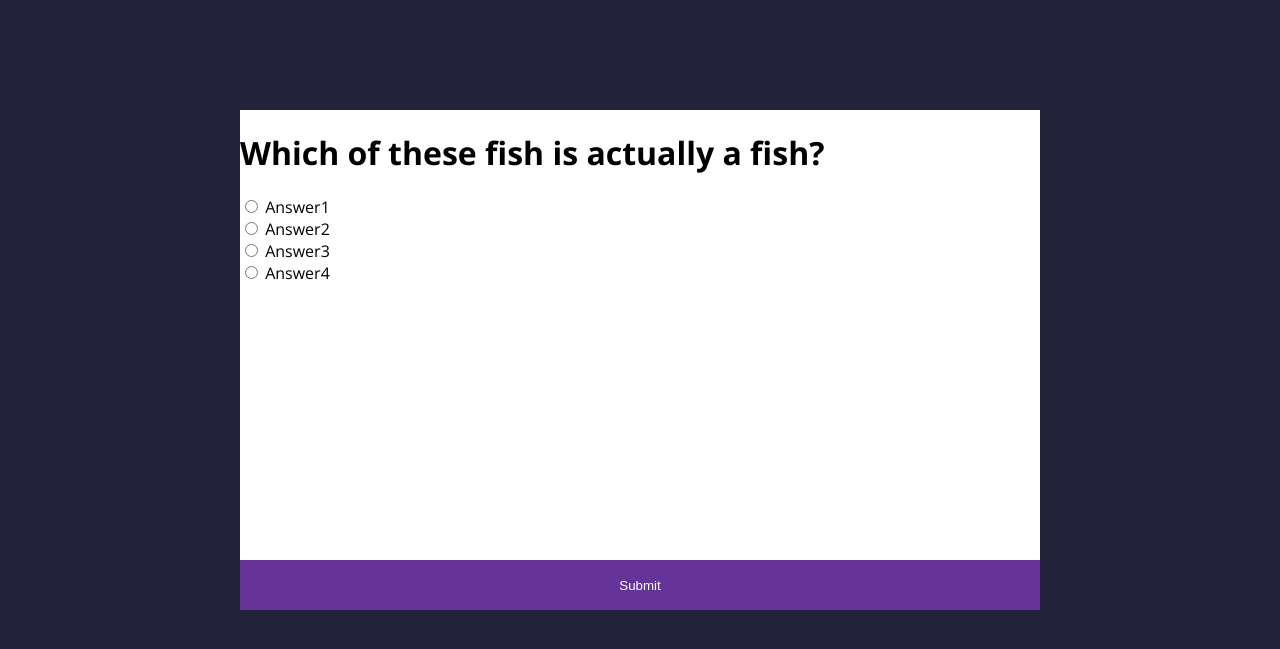
Repository: Wanglongzhi2001/Learn-javascript
Page: quiz/quiz.html
An editor plug-in stored every save of this project. The page is shown before and after the next save, followed by the edit.
The browser window is 1280 px wide. The pictures show the whole page.

Above is the page before, as saved 2023-02-02 19:35:56.

### quiz/quiz.html
<html lang="en">
<head>
    <meta charset="UTF-8">
    <meta http-equiv="X-UA-Compatible" content="IE=edge">
    <meta name="viewport" content="width=device-width, initial-scale=1.0">
    <!-- 使用谷歌字体 -->
    <link
      href="https://fonts.googleapis.com/css2?family=Open+Sans:wght@300;400;500;600;700;800&display=swap"
      rel="stylesheet"
    />
    <link rel="stylesheet" href="./quiz.css">
    <title>quiz project</title>
</head>
<body>
    <div class="container">
        <div class="game">
            <div class="content">
                <h1 class="question">Which of these fish is actually a fish?</h1>
                <div class="answers">
                    <div class="answer">
                        <input type="radio" id="answer1" value="false">
                        <label for="answer1">Answer1</label>
                    </div>
                </div>
                <div class="answers">
                    <div class="answer">
                        <input type="radio" id="answer2" value="false">
                        <label for="answer2">Answer2</label>
                    </div>
                </div>
                <div class="answers">
                    <div class="answer">
                        <input type="radio" id="answer3" value="false">
                        <label for="answer3">Answer3</label>
                    </div>
                </div>
                <div class="answers">
                    <div class="answer">
                        <input type="radio" id="answer4" value="false">
                        <label for="answer4">Answer4</label>
                    </div>
                </div>
            </div>
            <button class="submit">Submit</button>
        </div>
        <div class="result">
            <h1>Congratulations</h1>
            <h3 class="correct">Correct Answers: 0</h3>
            <h3 class="wrong">Wrong Answers: 0</h3>
            <h2 class="score">Score: -30</h2>
            <button class="play">Play Again</button>
        </div>
    </div>
    <script src="./quiz.js"></script>
</body>
</html>

### quiz/quiz.css
body{
    background-color: #22223b;
    display: flex;
    align-items: center;
    justify-content: center;
    font-family: "Open Sans", sans-serif;
}

.container{
    width: 800px;
    height: 500px;
    background-color: white;
    position: relative;
}

/* 使用绝对位置调整submit按钮位置 */
.submit{
    background-color: rebeccapurple;
    color: white;
    border: none;
    width: 100%;;
    height: 50px;
    cursor: pointer;
    position:absolute;
    bottom: 0;
}

.result{
    display: none;
}

Loaded but not shown: quiz/quiz.js (no stored copy; drawn as an empty file)

After the next save:
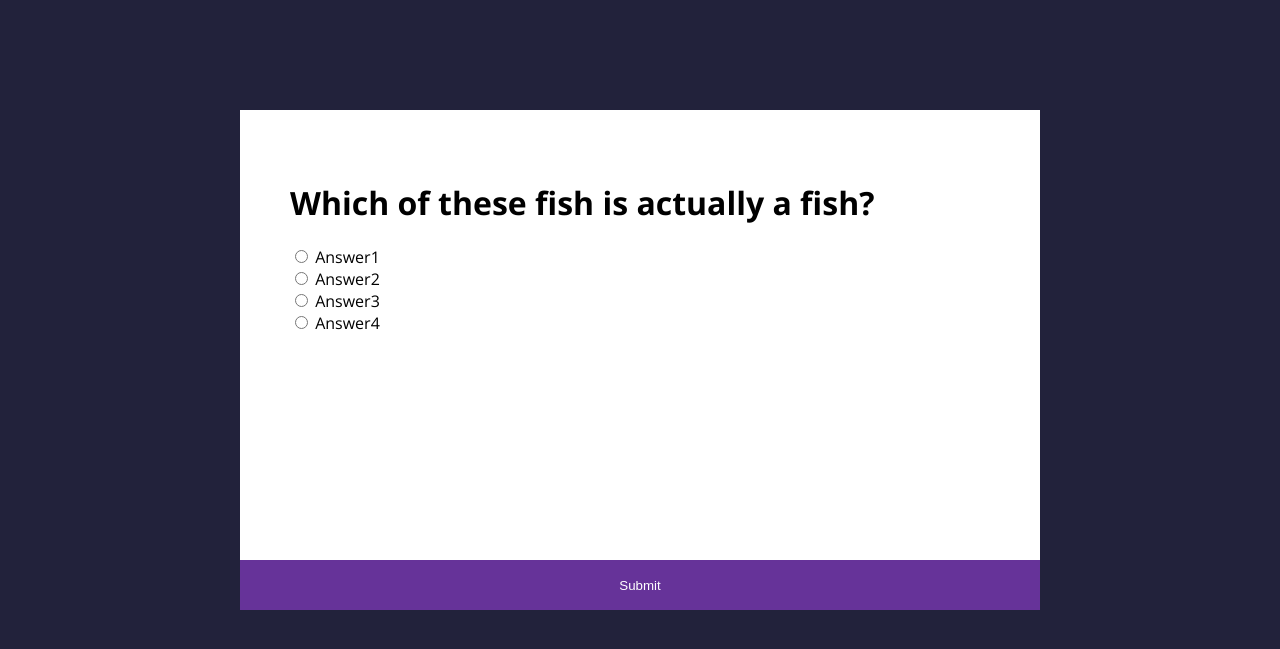
Saved 101 s later.
--- a/quiz/quiz.css
+++ b/quiz/quiz.css
@@ -10,9 +10,12 @@ body{
     width: 800px;
     height: 500px;
     background-color: white;
-    position: relative;
+    position: relative; /* 调整为相对位置使得提交按钮在contiainer底部而不是页面底部 */
 }
 
+.content{
+    padding: 50px;
+}
 /* 使用绝对位置调整submit按钮位置 */
 .submit{
     background-color: rebeccapurple;
